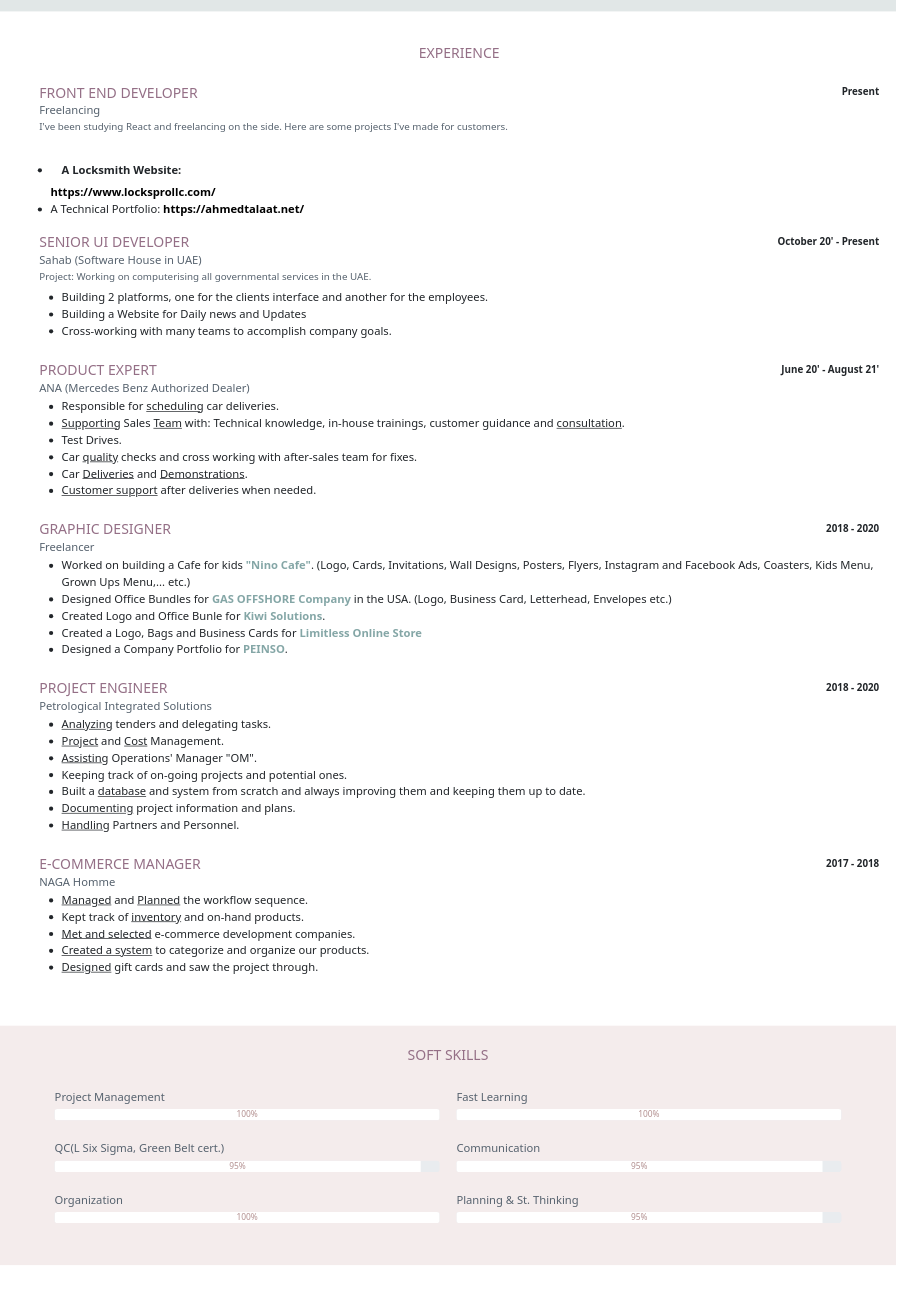
Repository: aya7abbal/my-old-portfolio
Page: resume.html
These files come from the project's save history. The page is drawn as it stood at one moment and after the next save; the edit follows.
The browser window is 1280 px wide. The page is 1296 px wide, so the pictures cover 1296 px, including what lies to the right of the window. The pictures show the part of the page from y = 1235 to 3115 px (the page is 3115 px tall before and 3091 px after), at 70% of full size.
Some web fonts or font styles are not loaded; a fallback is used. Some web libraries are served in a nearby version. The style sheet was rebuilt from its Sass, Less or Tailwind sources for each picture, by a compiler version that may differ from the author's.

Above is the page before, as saved 2022-07-07 23:55:20.

After the next save:
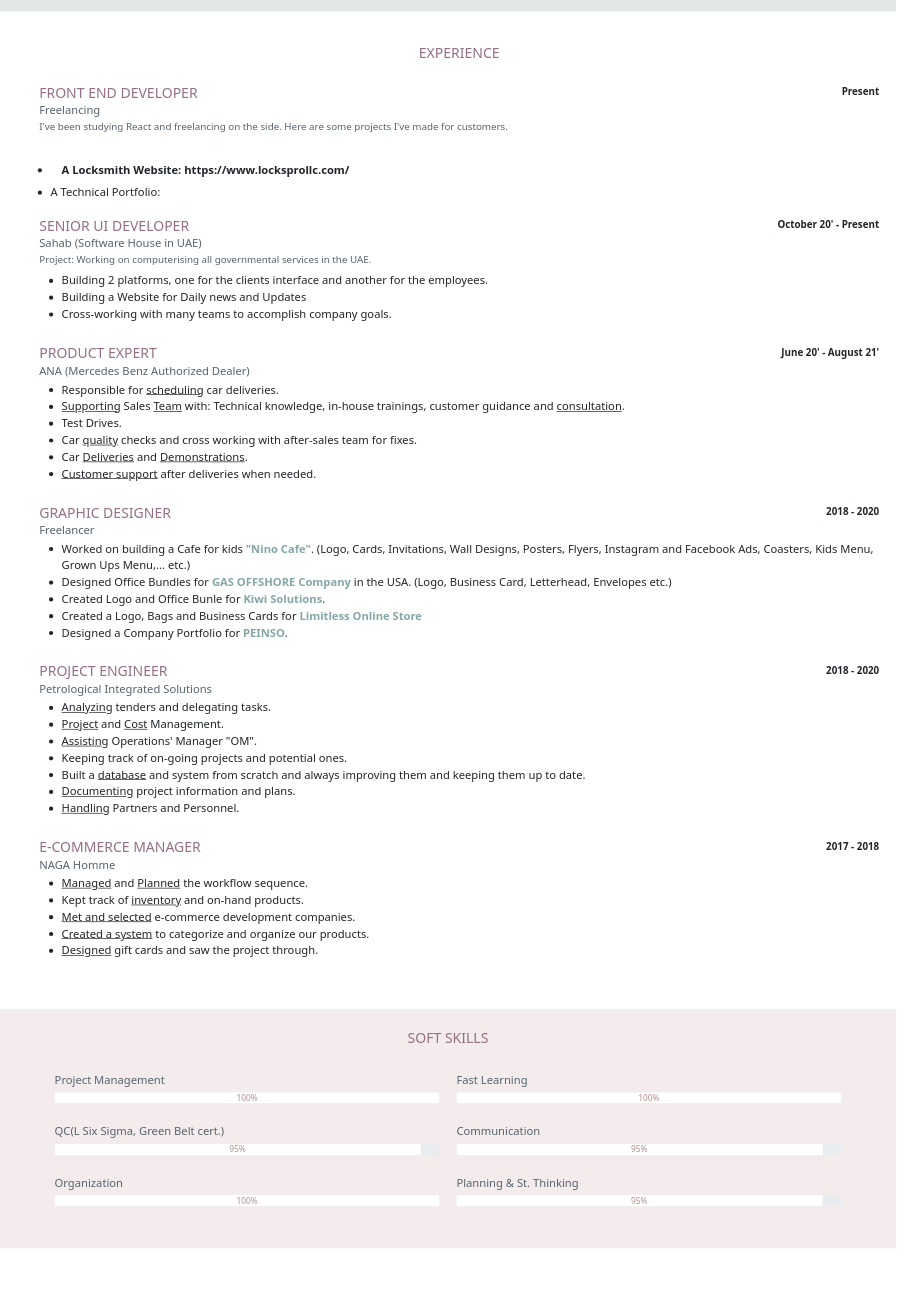
Saved 66 s later.
--- a/resume.html
+++ b/resume.html
@@ -358,8 +358,8 @@
 
                 <h6><small>I've been studying React and freelancing on the side. Here are some projects I've made for customers.</small> </h6>
                 <ul class="exp">
-                    <li>A Locksmith Website: <a href="https://www.locksprollc.com/">https://www.locksprollc.com/</a> </li>
-                    <li>A Technical Portfolio: <a href="https://ahmedtalaat.net/ ">https://ahmedtalaat.net/ </a></li>
+                    <li>A Locksmith Website: https://www.locksprollc.com/</a> </li>
+                    <li>A Technical Portfolio: </li>
                 </ul>
             </a>
 
